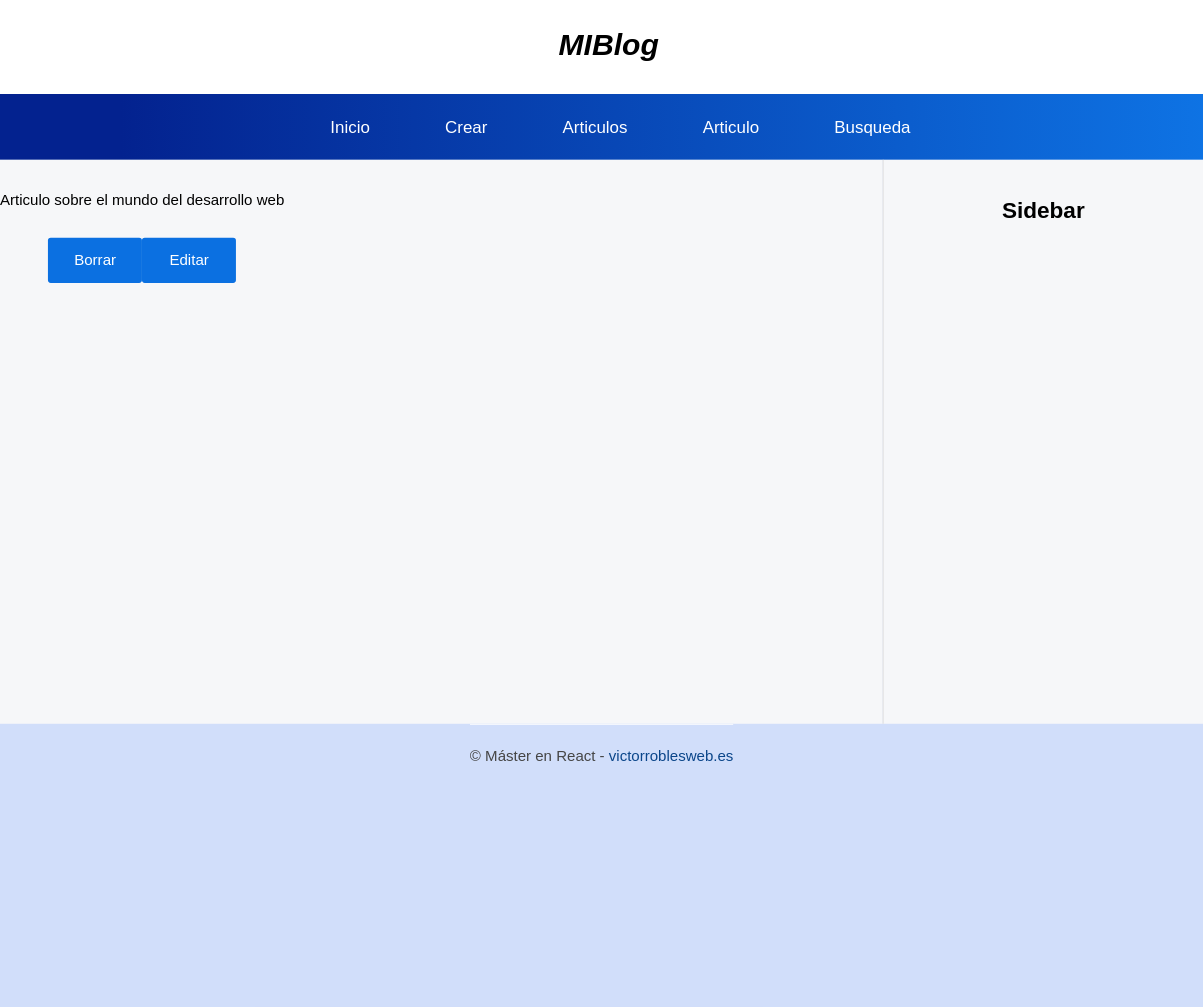
Repository: DamianBermudez94/frondEnd-blog
Page: /articulos
An editor plug-in stored every save of this project. The page is shown before and after the next save, followed by the edit.
The browser window is 1280 px wide. The pictures show the whole page, at 94% of full size.
The project was rebuilt for these pictures with package versions that can differ from the ones it lists, and the page was loaded fresh each time. Also part of the build but not shown: vite.config.js, src/components/pages/Inicio.jsx, src/components/pages/Busqueda.jsx, src/components/pages/Crear.jsx, src/components/pages/Articulo.jsx.

Above is the page before, as saved 2023-08-09 18:27:06.

After the next save:
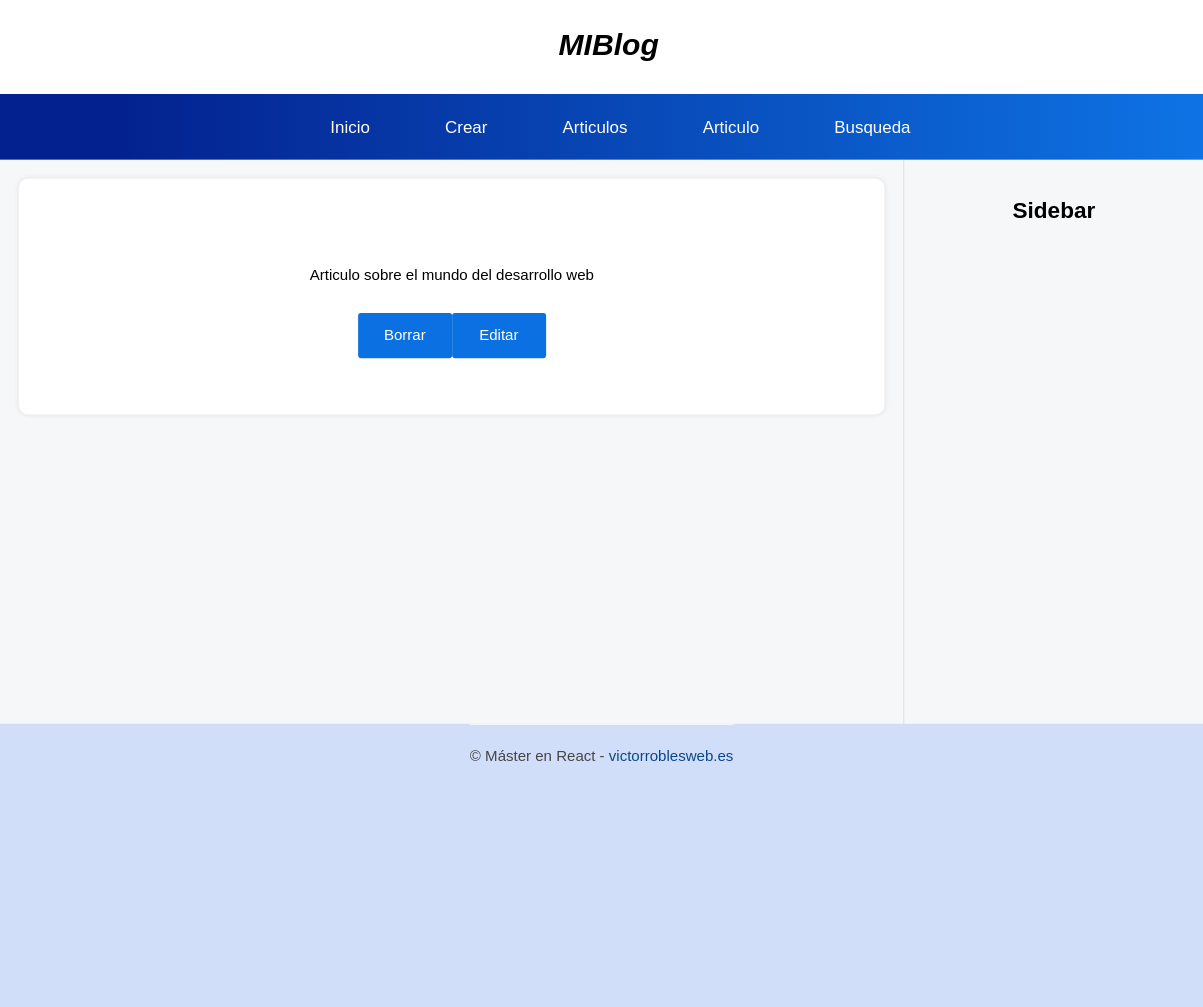
Saved 19 s later.
--- a/src/components/pages/Articulos.jsx
+++ b/src/components/pages/Articulos.jsx
@@ -2,7 +2,7 @@ import React from 'react'
 
 const Articulos = () => {
   return (
-    <article>
+    <article className='articulo-item'>
       <div><img src="" alt="" /></div>
       <p>Articulo sobre el mundo del desarrollo web</p>
       <button>borrar</button>
